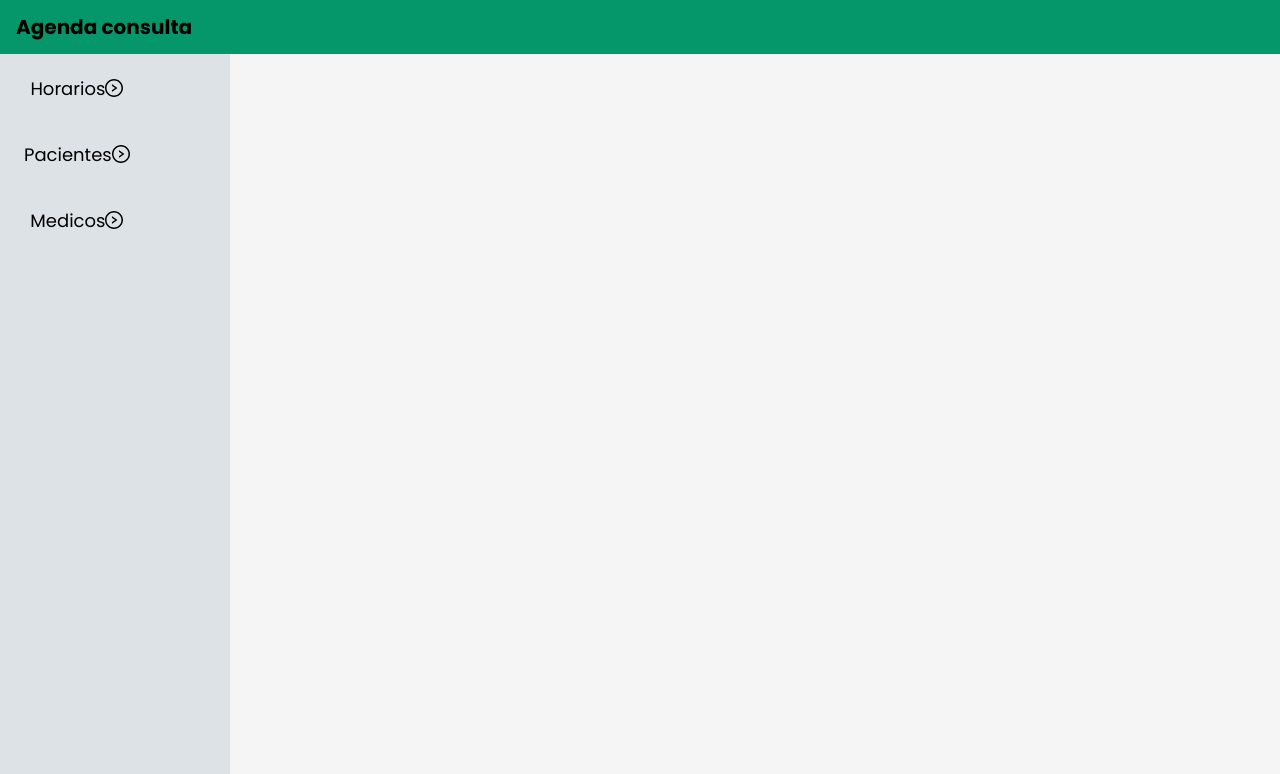
Repository: BarbaraCD/agendaconsulta
Page: /
An editor plug-in stored every save of this project. The page is shown before and after the next save, followed by the edit.
The browser window is 1280 px wide. The pictures show the whole page.
The project was rebuilt for these pictures with package versions that can differ from the ones it lists, and the page was loaded fresh each time. Also part of the build but not shown: vite.config.ts.

Above is the page before, as saved 2023-07-25 14:15:00.

After the next save:
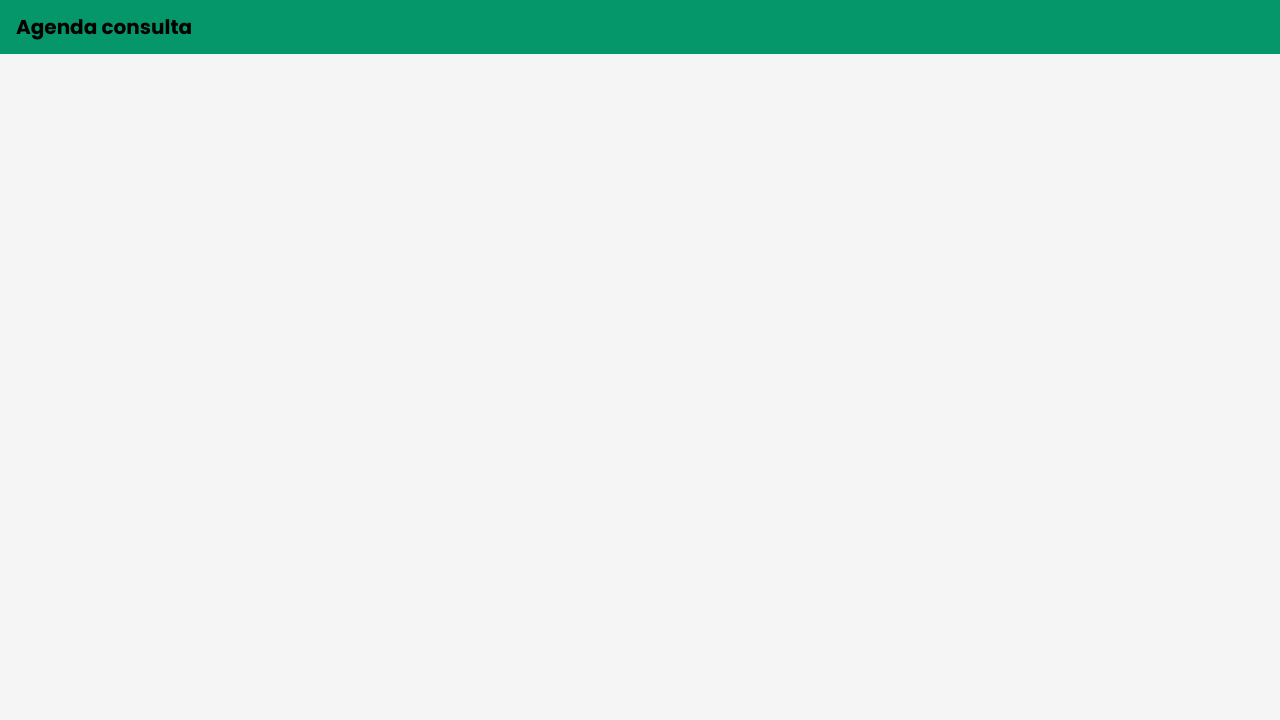
Saved 99 s later.
--- a/src/App.tsx
+++ b/src/App.tsx
@@ -2,6 +2,7 @@ import './styles/global'
 import { Header } from './components/Headers'
 import { Sidebar } from './components/Sidebar'
 import GlobalStyle from './styles/global'
+import { Doctors } from './components/Doctors'
 
 
 function App() {
@@ -10,7 +11,7 @@ function App() {
     <>
       <GlobalStyle />
       <Header />
-      <Sidebar />
+      <Doctors />
     </>
   )
 }
